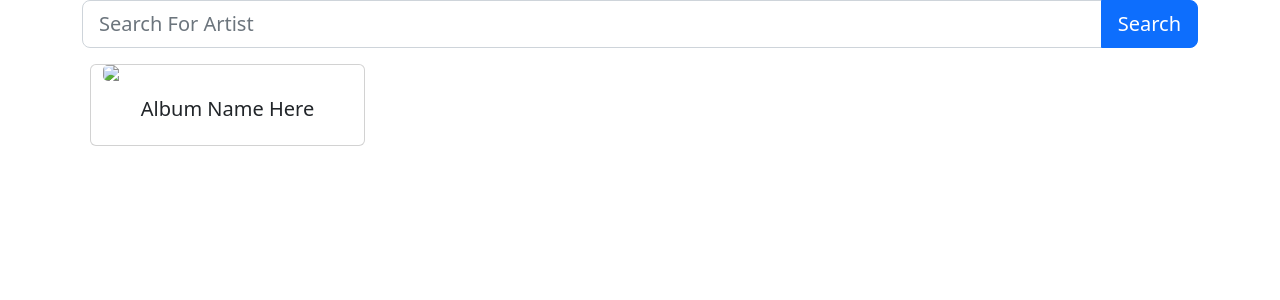
Repository: HarshM0di/my-app
Page: / (app in my-app/)
An editor plug-in stored every save of this project. The page is shown before and after the next save, followed by the edit.
The browser window is 1280 px wide. The pictures show the whole page.
The page's requests for data from a server got no answer. The project was rebuilt for these pictures with package versions that can differ from the ones it lists, and the page was loaded fresh each time. No one was signed in, and anything a server would have sent is missing.

Above is the page before, as saved 2022-08-31 14:03:20.

### my-app/src/App.js
import logo from './logo.svg';
import './App.css';
import 'bootstrap/dist/css/bootstrap.min.css';
import { Container, InputGroup, FormControl, Button, Row, Card } from'react-bootstrap';
import { useState, useEffect} from 'react';

const CLIENT_ID = "748acd3006d04d8e9ea6e04173bdd95e";
const CLIENT_SECRET ="120d020b910d47c694845850976f86f3";

function App() {
  const [searchInput, setSearchInput] = useState("");
  const[accessToken, setAccessToken] = useState("");
  const[albums, setAlbums] = useState([]);
  useEffect(() => {
    // API Access Token
    var authParameters ={
      method: 'POST',
      headers: {
        'Content-Type': 'application/x-www-form-urlencoded'
      },
      body: 'grant_type=client_credentials&client_id=' + CLIENT_ID + '&client_secret=' + CLIENT_SECRET
    }

    fetch('https://accounts.spotify.com/api/token',authParameters )
    .then(result => result.json())
    .then(data => setAccessToken(data.access_token))
  },[])

  // Search
  async function search() {
    console.log("Search for" + searchInput); // Drake

    // Get request using search to get the  Artist ID
    var searchParameters = {
      method: 'GET',
      headers: {
        'Content-Type': 'application/json',
        'Authorization': 'Bearer ' + accessToken
      }
    }
    var artistID = await fetch('https://api.spotify.com/v1/search?q=' + searchInput + '&type=artist'  , searchParameters)
    .then(response => response.json())
    .then(data => { return data.artists.items[0].id })

    console.log("Artist ID is" + artistID);
    // Get request with Artist ID grab all the albums from that artist
     var returnedAlbums = await fetch ('https://api.spotify.com/v1/artists/' + artistID +'/albums' + '?include_groups=album&market=US&limit=50', searchParameters)
     .then(response => response.json())
     .then(data => {
      console.log(data);
      setAlbums(data.items);
     });
    // Display those albums to the user
  }
  console.log(albums);

  return (
    <div className="App">
      <Container>
        <InputGroup className="mb-3" size="lg">

          <FormControl
           placeholder="Search For Artist"
           type="input"
           onKeyPress={event => {
            if (event.key =="Enter") {
               search();
            }



           }}
           onChange={event => setSearchInput(event.target.value)}

          />
          <Button onClick={search}>
            Search
          </Button>
        </InputGroup>
      </Container>
      <Container>
        <Row className="mx-2 row row-cols-4">
        <Card>
          <Card.Img src="#" />
          <Card.Body>
            <Card.Title>Album Name Here</Card.Title>
          </Card.Body>
        </Card>
        </Row>
      </Container>
    </div>
  );
}

export default App;

Loaded but not shown: my-app/public/index.html (common file); my-app/src/index.js (common file); my-app/src/index.css (common file); my-app/src/reportWebVitals.js (common file); my-app/src/App.css (common file)

After the next save:
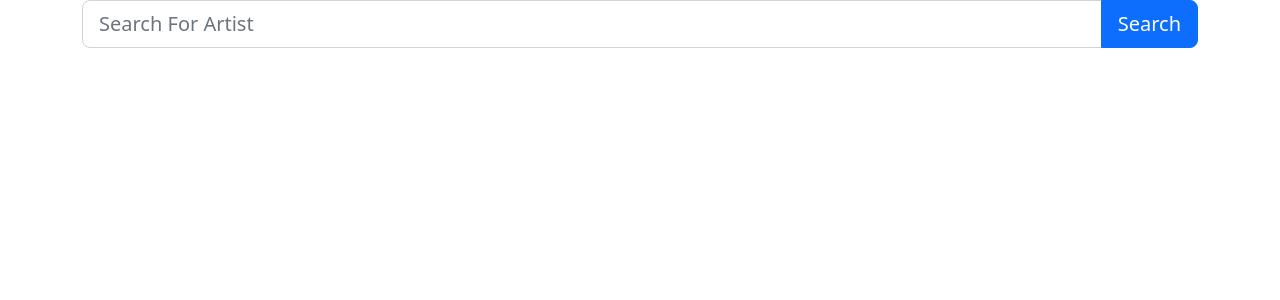
Saved 4 min 14 s later.
--- a/my-app/src/App.js
+++ b/my-app/src/App.js
@@ -80,12 +80,17 @@ function App() {
       </Container>
       <Container>
         <Row className="mx-2 row row-cols-4">
+          {albums.map( (album, i) => {
+            return(
+
         <Card>
           <Card.Img src="#" />
           <Card.Body>
             <Card.Title>Album Name Here</Card.Title>
           </Card.Body>
         </Card>
+            )
+        })}
         </Row>
       </Container>
     </div>
